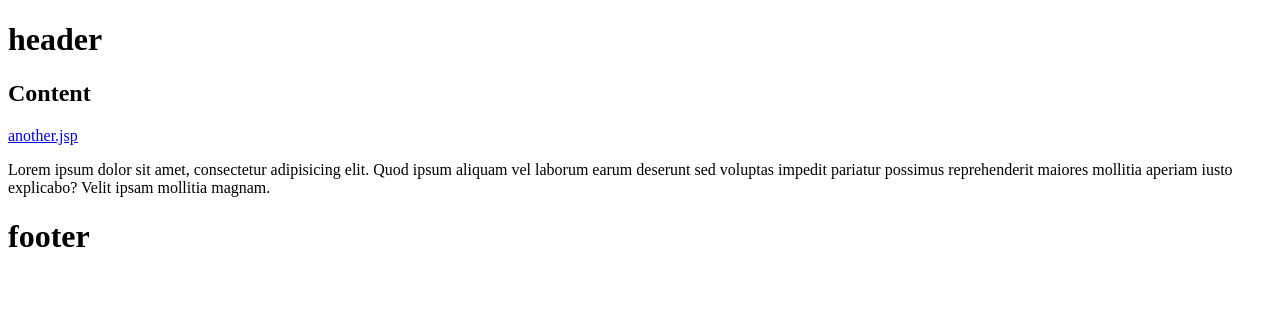
Repository: jsungl/WEBSERVER-WORKSPACE
Page: http://localhost/01_helloweb/jsp/include.jsp
An editor plug-in stored every save of this project. The page is shown before and after the next save, followed by the edit.
The browser window is 1280 px wide. The pictures show the whole page.
The page is served by Tomcat 9. Other server files are loaded and not shown.

Above is the page before, as saved 2021-03-24 12:31:11.

### 01_helloweb/WebContent/jsp/include.jsp
<%@ page language="java" contentType="text/html; charset=UTF-8"
    pageEncoding="UTF-8"%>
<%@ include file="/jsp/header.jsp" %>
		<h1>Content</h1>
		<a href="/web/jsp/another.jsp">another.jsp</a>
		<p>Lorem ipsum dolor sit amet, consectetur adipisicing elit. Quod ipsum aliquam vel laborum earum deserunt sed voluptas impedit pariatur possimus reprehenderit maiores mollitia aperiam iusto explicabo? Velit ipsam mollitia magnam.</p>
<%@ include file="/jsp/footer.jsp" %>

### 01_helloweb/WebContent/jsp/header.jsp
<%@ page language="java" contentType="text/html; charset=UTF-8"
    pageEncoding="UTF-8"%>
<%
	String name = "홍길동";
%>
<!--  header.jsp 시작 -->
<!DOCTYPE html>
<html>
<head>
<meta charset="UTF-8">
<title>jsp</title>
</head>
<body>
	<header>
		<h1>header</h1>
	</header>
	<section>

<!--  header.jsp 끝 -->

### 01_helloweb/WebContent/jsp/footer.jsp
<%@ page language="java" contentType="text/html; charset=UTF-8"
    pageEncoding="UTF-8"%>
<!--  footer.jsp 시작 -->
</section>
	<footer>
		<h1>footer</h1>
	</footer>
</body>
</html>

<!--  footer.jsp 끝 -->

After the next save:
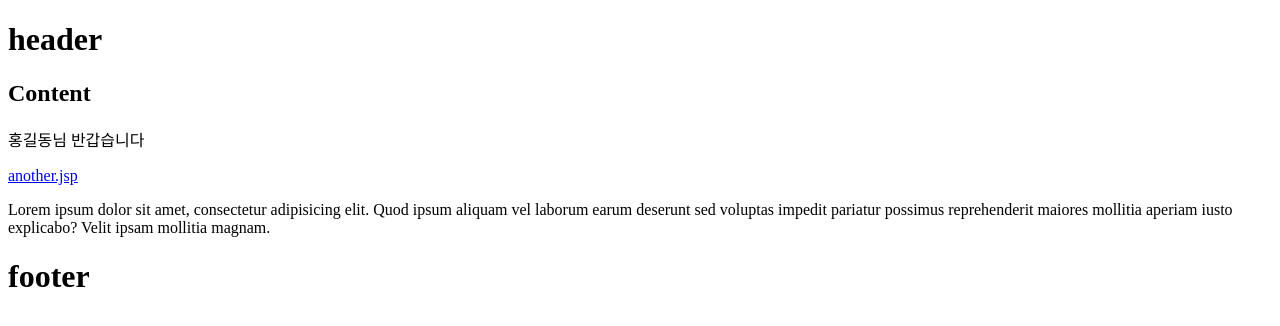
Saved 28 s later.
--- a/01_helloweb/WebContent/jsp/include.jsp
+++ b/01_helloweb/WebContent/jsp/include.jsp
@@ -2,6 +2,7 @@
     pageEncoding="UTF-8"%>
 <%@ include file="/jsp/header.jsp" %>
 		<h1>Content</h1>
+		<p><%= name %>님 반갑습니다</p>
 		<a href="/web/jsp/another.jsp">another.jsp</a>
 		<p>Lorem ipsum dolor sit amet, consectetur adipisicing elit. Quod ipsum aliquam vel laborum earum deserunt sed voluptas impedit pariatur possimus reprehenderit maiores mollitia aperiam iusto explicabo? Velit ipsam mollitia magnam.</p>
 <%@ include file="/jsp/footer.jsp" %>
